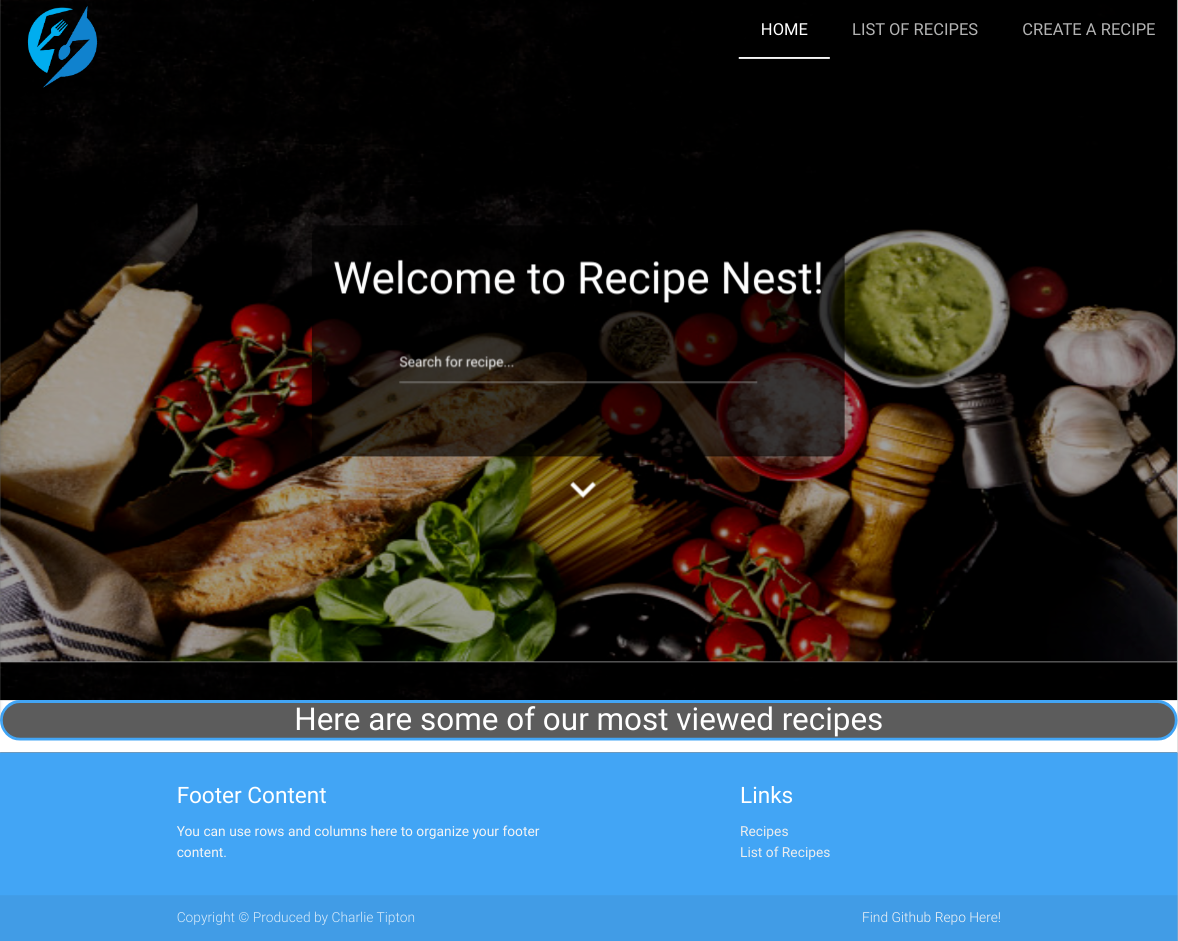
Repository: CharlieJT/Recipes
Page: http://localhost/
The author's editor kept a record of every edit. The page is drawn from the files as they stood at one moment, then again after the next edit.
The browser window is 1280 px wide. The pictures show the whole page, at 92% of full size.
Backgrounds fixed to the window are drawn as part of the page. Some web libraries are served in a nearby version. The page is served by the project's application, run on Flask 3 (app.py). Queries for data that is not in the repository find no rows.

Above is the page before.

### templates/index.html
{% extends 'base.html' %} {% block content %}


<div class="container-fluid main-image-container">
    <div class="opaque-background" />
    <div class="row">
        <div class="col main-recipe-images-column">
            <div class="main-recipe-images">
            </div>
        </div>
    </div>


    <div class="container-fluid title-container">
        <div class="row">
            <div class="col main-heading-column">
                <div class="row">
                    <div class="col s12">
                        <h1>Welcome to Recipe Nest!</h1>
                    </div>
                    <div class="container">
                        <div class="row">
                            <form class="col s12">
                                <div class="row search-bar-row">
                                    <div class="input-field col s12">
                                        <input id="search" type="text" class="validate">
                                        <label for="search">Search for recipe...</label>
                                    </div>
                                </div>
                            </form>
                        </div>
                    </div>
                </div>
            </div>
            <div class="col s12">
                <a class="down-arrow-link" href="#recipe-container">
                <i class="material-icons down-arrow">keyboard_arrow_down</i>
            </a>
            </div>
        </div>
    </div>


    <!-- Each Recipe Card -->

    <div id="recipe-container" class="container-fluid ">
        <div class="row">
            <div class="mostly-viewed-heading-column col">

            </div>
            <h4>Here are some of our most viewed recipes</h4>
            {% for recipe in recipes %}
            <div class="col s12 m6 l4">
                <div class="card">
                    <div class="card-image waves-effect waves-block waves-light">
                        <img class="activator" src="{{recipe.recipe_image_url}}">
                    </div>
                    <div class="card-content">
                        <span class="card-title activator grey-text text-darken-4">{{recipe.recipe_name}}<i class="material-icons right">more_vert</i></span>
                        <button>View more recipes</button>
                    </div>
                    <div class="card-reveal">
                        <span class="card-title grey-text text-darken-4">{{recipe.recipe_name}}<i class="material-icons right">close</i></span>
                        <p>{{recipe.recipe_description}}</p>
                    </div>
                </div>
            </div>
            {% endfor %}
        </div>
    </div>

    {% endblock %}

### templates/base.html
<!DOCTYPE html>
<html>

<head>
    <!--Import Google Icon Font-->
    <link href="https://fonts.googleapis.com/icon?family=Material+Icons" rel="stylesheet">

    <!--Import materialize.css-->
    <link rel="stylesheet" href="https://cdnjs.cloudflare.com/ajax/libs/materialize/0.100.2/css/materialize.min.css">

    <!-- Exteral styles -->
    <link rel="stylesheet" href="{{url_for('static', filename='css/base.css')}}" type="text/css" />
    <link rel="stylesheet" href="{{url_for('static', filename='css/index.css')}}" type="text/css" />
    <link href="https://fonts.googleapis.com/icon?family=Material+Icons" rel="stylesheet">

    <!-- Favicon -->
    <link rel="icon" href="{{ url_for('static', filename='/images/favicon.ico') }}" type="image/x-icon" />

    <!--Let browser know website is optimized for mobile-->
    <meta name="viewport" content="width=device-width, initial-scale=1.0" />

    <title>Recipe Nest</title>
</head>

<body>
    <!-- Main Navbar -->
    <nav class="navbar-container N/A transparent">
        <div class="nav-wrapper">
            <a href="/" id="recipes-logo">
                <img class="recipe-logo-image" src="static/images/recipe-nest.png" alt="Recipes Logo"/>
            </a>
            <a href="#" data-activates="mobile-demo" class="button-collapse"><i class="material-icons">menu</i></a>
            <ul id="nav-mobile" class="right hide-on-med-and-down">
                <ul class="tabs tabs-transparent">
                    <li class="tab"><a class="active" href="#test1">Home</a></li>
                    <li class="tab"><a href="#test2">List of Recipes</a></li>
                    <li class="tab"><a href="#test3">Create a Recipe</a></li>
                </ul>
            </ul>
        </div>
    </nav>
    <ul class="side-nav" id="mobile-demo">
        <li class="tab"><a class="active" href="#test1">Home</a></li>
        <li class="tab"><a href="#test2">List of Recipes</a></li>
        <li class="tab"><a href="#test3">Create a Recipe</a></li>
    </ul>

    {% block content %} {% endblock %}

    <!-- Footer -->
    <footer class="page-footer blue lighten-1">
        <div class="container">
            <div class="row">
                <div class="col l6 s12">
                    <h5 class="white-text">Footer Content</h5>
                    <p class="grey-text text-lighten-4">You can use rows and columns here to organize your footer content.</p>
                </div>
                <div class="col l4 offset-l2 s12">
                    <h5 class="white-text">Links</h5>
                    <ul>
                        <li><a class="grey-text text-lighten-3" href="#!">Recipes</a></li>
                        <li><a class="grey-text text-lighten-3" href="#!">List of Recipes</a></li>
                    </ul>
                </div>
            </div>
        </div>
        <div class="footer-copyright">
            <div class="container">
                Copyright © Produced by Charlie Tipton
                <a class="grey-text text-lighten-4 right" href="https://github.com/CharlieJT/Repices" target="_blank">Find Github Repo Here!</a>
            </div>
        </div>
    </footer>

    <a href="#" class="to-top"></a>

    <script src="https://cdnjs.cloudflare.com/ajax/libs/jquery/3.2.1/jquery.min.js"></script>
    <script src="https://cdnjs.cloudflare.com/ajax/libs/materialize/0.100.2/js/materialize.min.js"></script>
    <script src="{{url_for('static', filename='js/script.js')}}"></script>
</body>

</html>

### app.py
import os
from flask import Flask, render_template, redirect, url_for, request
from flask_pymongo import PyMongo
from bson.objectid import ObjectId

app = Flask(__name__)

app.config["MONGO_DBNAME"] = 'myRecipes'
app.config['MONGO_URI'] = os.environ.get("MONGO_URI")

mongo = PyMongo(app)

@app.route('/')
@app.route('/index')
def index():
    return render_template('index.html', recipes=mongo.db.recipes.find())


if __name__ == '__main__':
    app.run(host=os.environ.get('IP'),
            port=int(os.environ.get('PORT')),
            debug=True)

### static/css/base.css
/* ---------- Home Page Cards ----------*/

.recipe-card {
    background-color: #fff;
    padding: 20px;
    margin: 2em 0;
    border-radius: 10px;
    text-align: center;
}

.recipe-image {
    display: flex;
    justify-content: center;
    width: 100%;
    border-radius: 10px;
    margin: auto;
}

.recipe-view-more-button {
    display: flex;
    justify-content: center;
    width: 100%;
}

/* ---------- Main Nav Bar ----------*/

.navbar-container {
    position: fixed;
    box-shadow: none;
    height: 64px;
    line-height: 64px;
    transition: background-color 0.3s ease-in, box-shadow 0.3s ease-in;
}

.logo-image {
    background: url(../images/main-logo-image.png);
}

#recipes-logo {
    float: right;
}

.recipe-logo-image {
    width: 80px;
    transition: width 0.15s ease-in;
    margin: 0 20px;
}

.brand-logo {
    right: 3 !important;
}

.tabs {
    height: 64px;
}

.tab a {
    font-size: 1.2em !important;
}

.tab {
    line-height: 64px !important;
}


@media only screen and (min-width: 992px) {
    #recipes-logo {
        float: left;
    }
}

### static/css/index.css
/* ---------- Main Image ----------*/

.title-container {
    display: flex;
    align-items: center;
    height: 100vh;
    color: #fff;
}

.main-heading-column {
    background-color: #000000a6;
    border-radius: 10px;
}

.title-container .row {
    opacity: 0;
    animation: FadeInGreeting 1.5s 1s forwards ease-in-out;
}

.title-container h1 {
    text-align: center;
    font-size: 3.2rem;
}

.down-arrow-link {
    color: white;
}

.down-arrow {
    display: flex !important;
    position: absolute;
    left: 49vw;
    right: 50vw;
    font-size: 3.7rem !important;
    justify-content: center;
    animation: scrollDown 0.4s alternate-reverse infinite ease-in-out;
}

.main-image-container {
    background: url(../images/recipe-nest-main-image.png) fixed center center no-repeat;
    height: 100%;
}

.main-recipe-images-column {
    padding: 0 !important;
}

main-recipe-images-column {
    height: 80vh;
}

.opaque-background {
    background-color: #00000061;
}

/* label color */

.input-field label {
    color: #fff;
}

/* label focus color */

.input-field input[type=text]:focus+label {
    color: #fff;
}

/* label underline focus color */

.input-field input[type=text]:focus {
    border-bottom: 1px solid #fff;
    box-shadow: 0 1px 0 0 #000;
}

/* valid color */

.input-field input[type=text].valid {
    border-bottom: 1px solid #fff;
    box-shadow: 0 1px 0 0 #fff;
}

/* invalid color */

.input-field input[type=text].invalid {
    border-bottom: 1px solid #fff;
    box-shadow: 0 1px 0 0 #fff;
}

/* label focus color */
 .input-field input:focus + label {
   color: #42a5f5 !important;
 }
 /* label underline focus color */
 .row .input-field input:focus {
   border-bottom: 1px solid #42a5f5 !important;
   box-shadow: 0 1px 0 0 #42a5f5 !important;
 }

.recipe-search-bar:focus {
    border-bottom: 1px solid #42a5f5 !important;
    -webkit-box-shadow: 0 1px 0 0 #26a69a !important;
    box-shadow: 0 1px 0 0 #42a5f5 !important;
}

/* ---------- Recipe Cards ----------*/

.mostly-viewed-heading-column {

}




#recipe-container {
    background-color: #fff;
}

#recipe-container h4 {
    text-align: center;
    margin-top: 20px;
    border: 3px solid #42a5f5;
    border-radius: 25px;
    color: #fff;
    background: #000000a3;
    color: #fff
}

#recipe-container .row {
    margin: 0;
}

#recipe-container .col {
    padding: 0 2.75rem;
}

@media only screen and (min-width: 1050px) {
    .main-image-container {
        background-size: 100%;
    }
}

@-webkit-keyframes scrollDown {
    from {
        margin-top: 0;
    }
    to {
        margin-top: 8px;
    }
}

@keyframes scrollDown {
    from {
        margin-top: 0;
    }
    to {
        margin-top: 8px;
    }
}

@-webkit-keyframes FadeInGreeting {
    from {
        opacity: 0;
    }
    to {
        opacity: 1;
    }
}

@keyframes FadeInGreeting {
    from {
        opacity: 0;
    }
    to {
        opacity: 1;
    }
}

### static/js/script.js
/*
Whatever code is written inside the JQuery ready method will run once the page Document Object Modal (DOM)
is ready to execute JavaScript code.
*/

$(document).ready(() => {
    // This is the jquery that gives the mobile burger icon the ability to toggle the mobile sidedrawer
    $('.button-collapse').sideNav();

    // Will check to see if the window has been scrolled 50px from the top
    $(window).scroll(() => {
        const joinedNATransparent = ['N/A', 'transparent'].join(' ');
        if ($(document).scrollTop() > 50) {
            $(".navbar-container").removeClass(joinedNATransparent).css('background-color', '#000000a3');
            $(".recipe-logo-image").css({ 'width': '66px', 'margin-top': '0px' });
            $('.to-top').css('opacity', '1');
        }
        else {
            $(".navbar-container").addClass(joinedNATransparent);
            $(".recipe-logo-image").css({ 'width': '95px', 'margin-top': '5px' });
            $('.to-top').css('opacity', '0');
        }
    });
});

After the next edit:
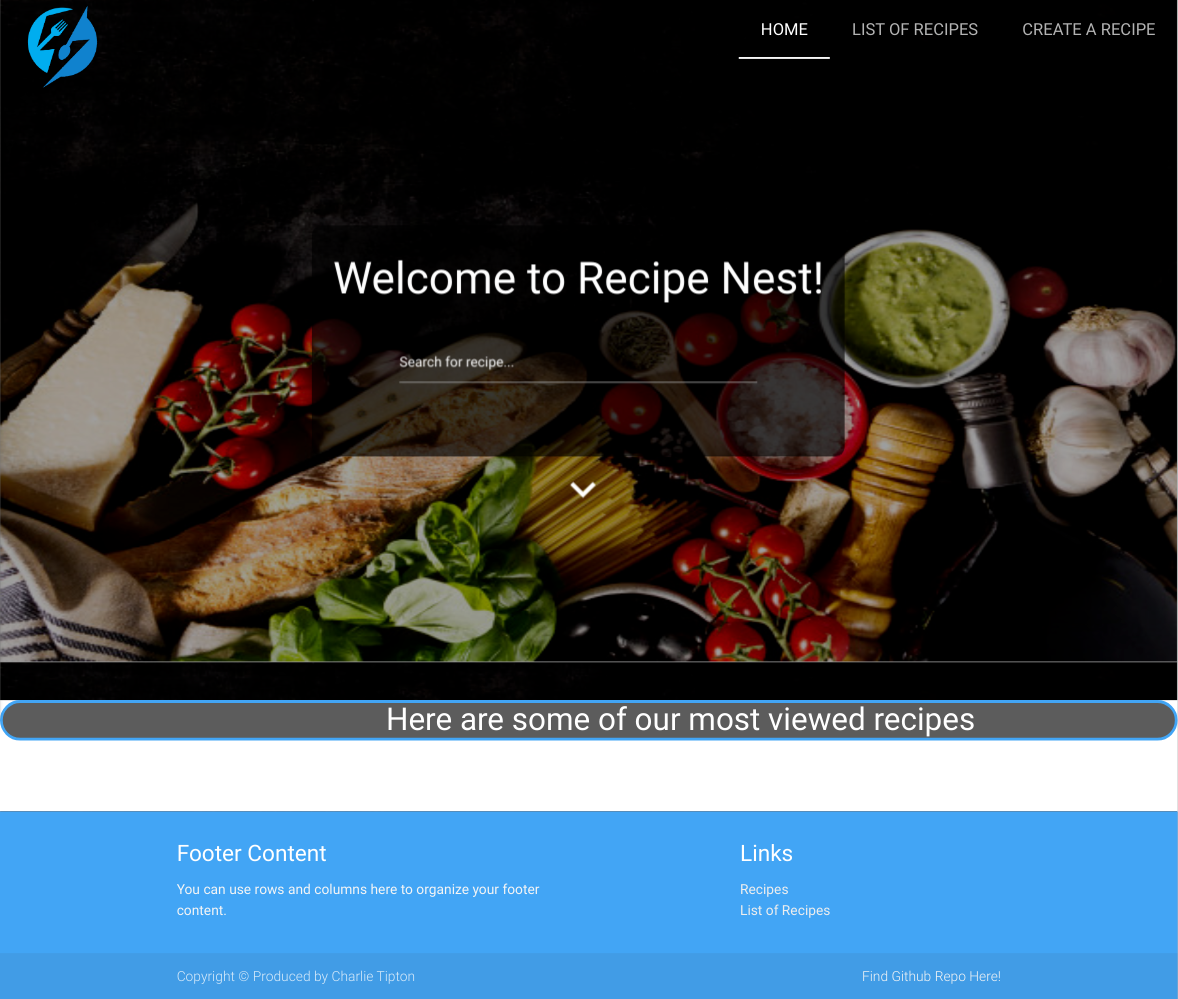
The edit:
--- a/static/css/index.css
+++ b/static/css/index.css
@@ -105,7 +105,8 @@
 /* ---------- Recipe Cards ----------*/
 
 .mostly-viewed-heading-column {
-
+    max-width: 725px;
+    margin: 60px;
 }
 
 
